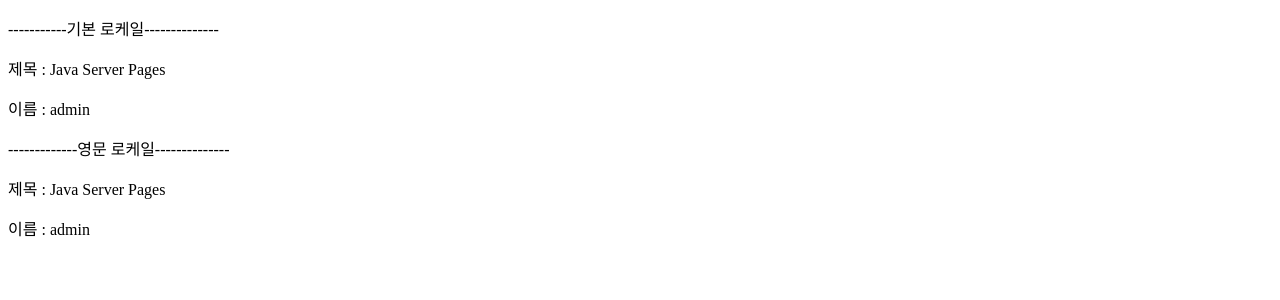
Repository: freedomseok8047/jsp
Page: http://localhost/JSPBook/ch08/jstl_fmt01.jsp
An editor plug-in stored every save of this project. The page is shown before and after the next save, followed by the edit.
The browser window is 1280 px wide. The pictures show the whole page.
The page is served by Tomcat 9.

Above is the page before, as saved 2023-08-29 07:19:29.

After the next save:
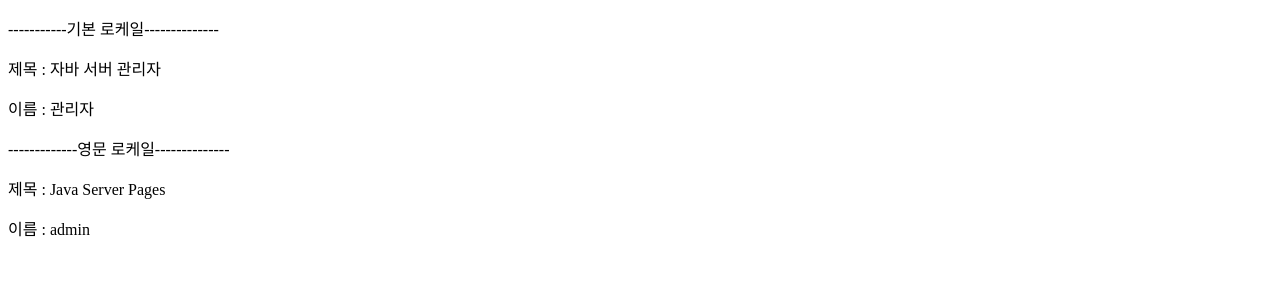
Saved 46 s later.
--- a/JSPBook/src/main/webapp/ch08/jstl_fmt01.jsp
+++ b/JSPBook/src/main/webapp/ch08/jstl_fmt01.jsp
@@ -9,6 +9,7 @@
 </head>
 <body>
 	<p>-----------기본 로케일--------------
+	<fmt:setLocale value="ko"/>
 	<fmt:setBundle basename="ch09.com.bundle.myBundle" var="resourceBundle" />
 	<p> 제목 : <fmt:message key="title" bundle="${resourceBundle}"/>
 	<p> <fmt:message key ="username" var="userMsg" bundle="${resourceBundle}" />
